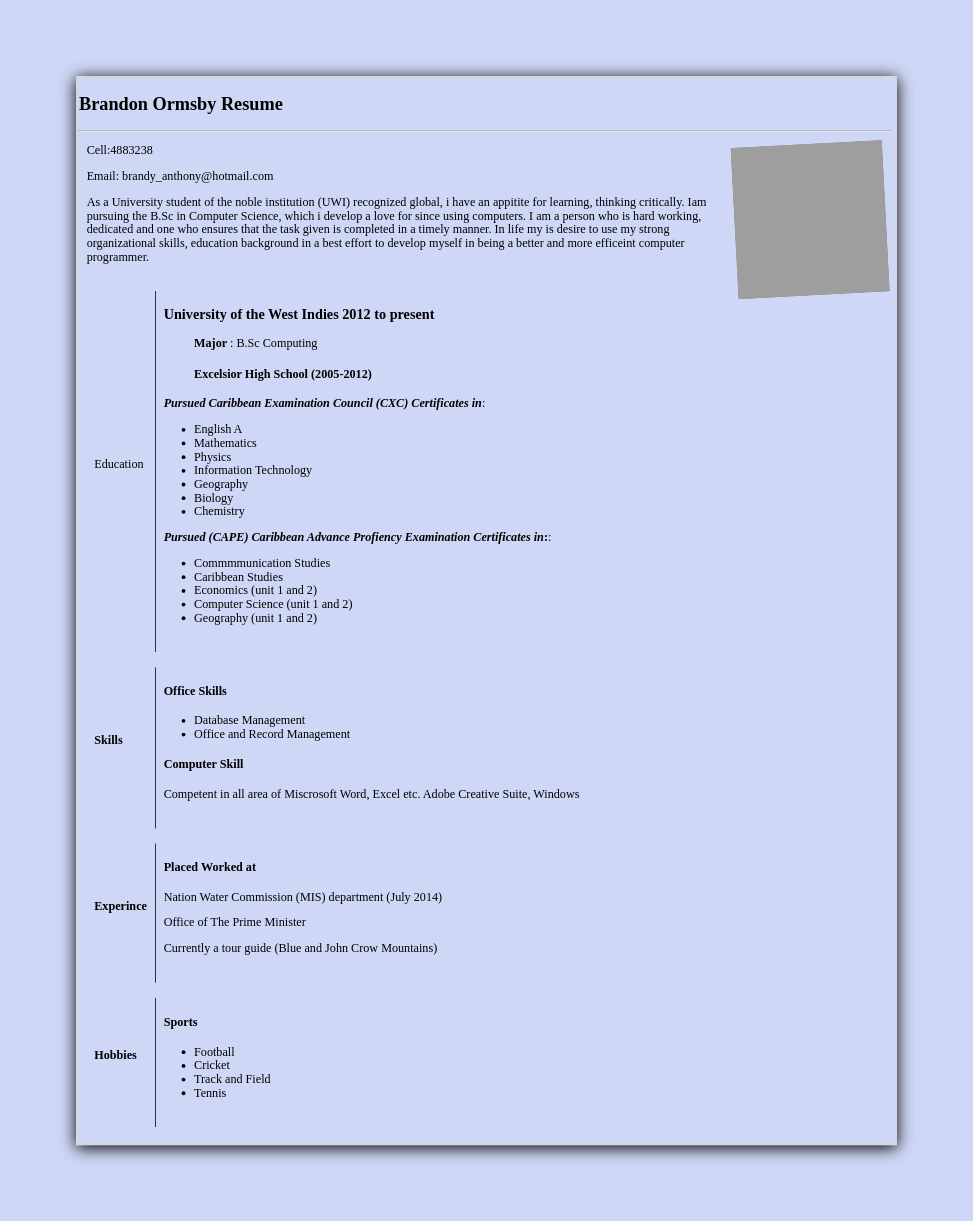
Repository: Brandy903/Web1
Page: webproject0/workspace/brandy.html
The author's editor kept a record of every edit. The page is drawn from the files as they stood at one moment, then again after the next edit.
The browser window is 1280 px wide. The pictures show the whole page, at 76% of full size.
Pictures or frames that could not be fetched are drawn as grey boxes.

Above is the page before.

### webproject0/workspace/brandy.html
<!DOCTYPE html>
<html>
<head>
	<link rel="stylesheet" type="text/css" href="style.css">

</head>
<body>


<h2> <strong>Brandon Ormsby Resume</strong></h2>
<hr />
<div id ="loc"> <img src=" https://encrypted-tbn3.gstatic.com/images?q=tbn:ANd9GcSRt8q1Ojf9YoUq58bSPQMEXZFHO_4fJqSwGO4AuRY6R_YbYgmo" />
<p>Cell:4883238</p>
<p>Email: brandy_anthony@hotmail.com</p>
<p id = "wrp" >As a University student of the noble institution (UWI) recognized global, i have an appitite for
learning, thinking critically. Iam pursuing the B.Sc in Computer Science, which i develop a love for
since using computers. I am a person who is hard working, dedicated and one who ensures that the task
given is completed in a timely manner. In life my is desire to use my strong organizational skills, education
background in a best effort to develop myself in being a better and more efficeint computer programmer.</p>

</div>



<table>

<div>
<tr>
		<td class ="edu">
		<stong>Education</stong>
		</td>

		<td>
		<h3> University of the West Indies 2012 to present</h3>
		<ul>
			<l1> <strong> Major </strong>: B.Sc Computing </l1>
		</ul>
		<ul>
		<h4> Excelsior High School (2005-2012)</h4>
		</ul>
		<p> <strong><em> Pursued Caribbean Examination Council (CXC) Certificates in</em></strong>:</p>

		<ul>
			<li> English A</li>
			<li> Mathematics</li>
			<li> Physics</li>
			<li> Information Technology</li>
			<li> Geography</li>
			<li> Biology</li>
			<li> Chemistry</li>

		</ul>


		<p> <strong><em>Pursued (CAPE) Caribbean Advance Profiency Examination Certificates in</em>:</strong>:</p>
		<ul>

			<li> Commmmunication Studies</li>
			<li> Caribbean Studies</li>
			<li> Economics (unit 1 and 2)</li>
			<li> Computer Science (unit 1 and 2)</li>
			<li> Geography (unit 1 and 2)</li>


		</ul>

		</td>
		</tr>
		<tr>
		<td class ="edu">
		<strong>Skills</strong>
		</td>

		<td>
			<h4><strong> Office Skills</strong> </h4>
			<ul>
				<li>Database Management </li>
				<li>Office and Record Management </li>

			</ul>

			<h4><strong> Computer Skill</strong> </h4>

				<p> Competent in all area of Miscrosoft Word, Excel etc. Adobe Creative Suite, Windows </p>




		</td>

		<tr>

			<td class ="edu"> <strong>Experince</strong>

			</td>
			<td> <h4>Placed  Worked at</h4>
			<p>Nation Water Commission (MIS) department (July 2014)</p>
			<p> Office of The Prime Minister</p>
			<p>Currently a tour guide (Blue and John Crow Mountains)</p>
			</td>
		</tr>
		<tr>

			<td class ="edu"> <strong>Hobbies</strong>

			</td>
			<td> <h4>Sports</h4>
			<ul>
				<li>Football</li>
				<li>Cricket </li>
				<li>Track and Field </li>
				<li>Tennis </li>

			</ul>
			</td>
		</tr>






</div>
</table>


</body>
</html>

### webproject0/workspace/style.css
table{
    border-collapse: separate;
    border-spacing: 10px 20px;
}

#loc{
   margin: 10px;


}

body{
    margin: 100px;
    border: 2px solid #D8D8D8;
    padding:2px;
    box-shadow:0px 3px 20px #000;
    background-color:#CED8F6;
}
img{
	float:right;
	height: 200px;
	width: 200px;
	transform:rotate(-3deg);
	right:10px;
	top:40px;
	border:3px solid #;

}
.edu{
	border-right:0px;
    border-style:solid;
    border-top:0px;
    border-bottom:0px;
    border-left:0px;
}
#wrp{
    width:62em;
    /*word-wrap: break-word;
    clear:right;*/
}
td{
    padding-left:10px;
    border-left: 1px solid #000;
    padding-bottom:20px;
}

After the next edit:
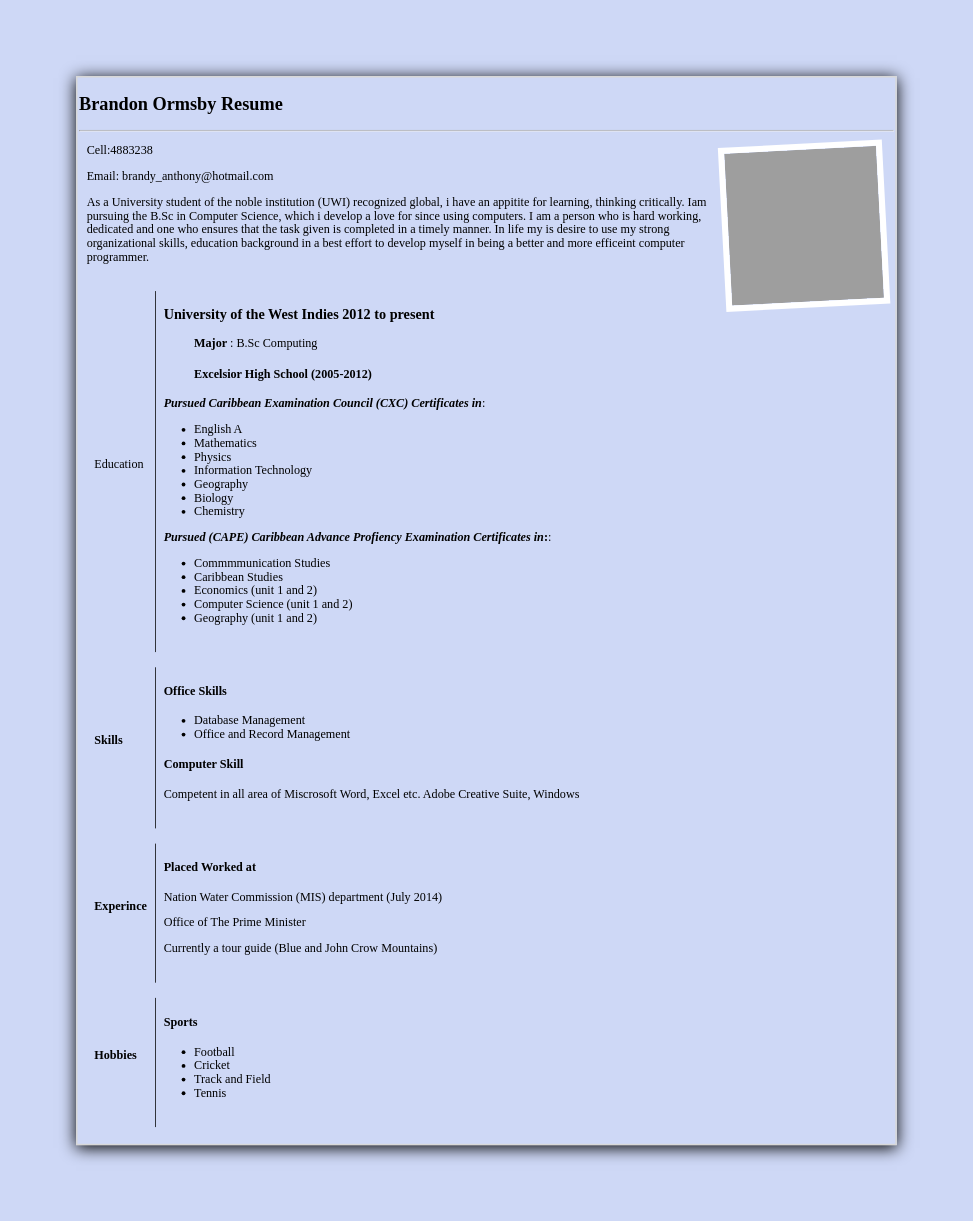
The edit:
--- a/webproject0/workspace/style.css
+++ b/webproject0/workspace/style.css
@@ -23,7 +23,7 @@
 	transform:rotate(-3deg);
 	right:10px;
 	top:40px;
-	border:3px solid #;
+	border: 8px solid #FFFFFF;
 
 }
 .edu{
